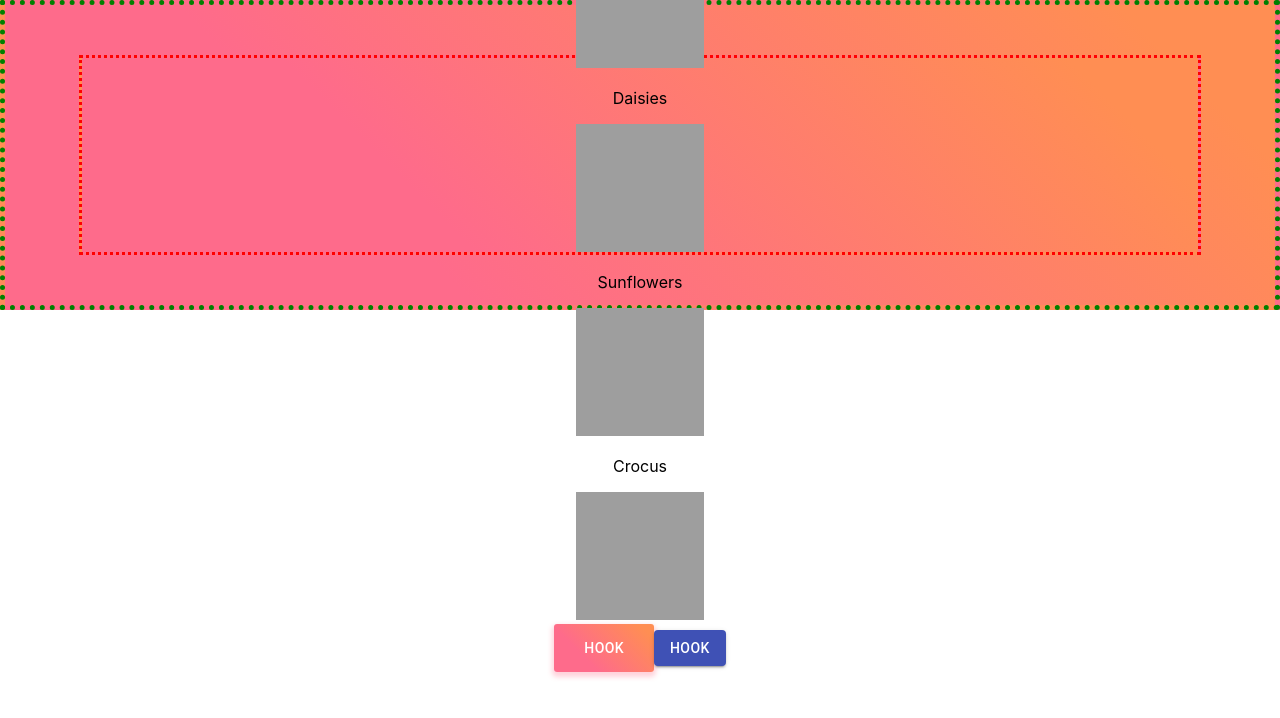
Repository: DevLuDaley/react-flower-shop
Page: /
The author's editor kept a copy of each file at every save. The page is drawn from the files as they stood at one save, then again after the next save.
The browser window is 1280 px wide. The pictures show the whole page.
Pictures or frames that could not be fetched are drawn as grey boxes. The project was rebuilt for these pictures with package versions that can differ from the ones it lists, and the page was loaded fresh each time.

Above is the page before, as saved 2021-02-19 21:45:37.

### src/App.js
// import './App.css';
import Grid from '@material-ui/core/Grid';
import Container from '@material-ui/core/Container';
import { makeStyles } from '@material-ui/core/styles';

// // or
// import { Grid } from '@material-ui/core';
//  import FlowerGallery from './components/FlowerGallery'
 import FlowersContainer from './Containers/FlowersContainer'


const useStyles = makeStyles({
  root: {
    background: 'linear-gradient(45deg, #FE6B8B 30%, #FF8E53 90%)',
    display: 'flex',
    justifyContent: 'center',
    alignItems: 'center',
    textAlign: 'center',
    height: '200px',
    border: '5px dotted green',
    padding: '50px'
  },
});

function App() {
  const classes = useStyles();
  return (
    <Grid className={classes.root}>
      <Container>
      <FlowersContainer/>
        {/* <FlowerGallery/> */}
      </Container>
    </Grid>
  );
}

export default App;

### src/Containers/FlowersContainer.js
import React from 'react';
import Grid from '@material-ui/core/Grid';
import Container from '@material-ui/core/Container';
import { makeStyles } from '@material-ui/core/styles';


import FlowerGallery from '../components/FlowerGallery'


const useStyles = makeStyles({
  root: {
    background: 'linear-gradient(45deg, #FE6B8B 30%, #FF8E53 90%)',
    // border: 0,
    // borderRadius: 3,
    // boxShadow: '0 3px 5px 2px rgba(255, 105, 135, .3)',
    // color: 'white',
    // height: "auto",
    padding: '0 30px',
    display: 'flex',
    justifyContent: 'center',
    alignItems: 'center',
    textAlign: 'center',
    height: '200px',
    border: '3px dotted red'
  },
});


const FlowersContainer = () => {
    const classes = useStyles();
    return (

        <Grid>
            <Container className={classes.root}>
                <FlowerGallery/>
            </Container>
        </Grid>


     );
}

export default FlowersContainer;

### src/components/FlowerGallery.js
import React from 'react';
import { makeStyles } from '@material-ui/core/styles';

// import FlowerGalleryStyles from './FlowerGalleryStyles'
// import Button from materialmaterial
import Button from '@material-ui/core/Button';
import Container from '@material-ui/core/Container';

const useStyles = makeStyles({
  root: {
    background: 'linear-gradient(45deg, #FE6B8B 30%, #FF8E53 90%)',
    border: 0,
    borderRadius: 3,
    boxShadow: '0 3px 5px 2px rgba(255, 105, 135, .3)',
    color: 'white',
    height: 48,
    padding: '0 30px',
  },
});

const FlowerGallery = () => {
      const classes = useStyles();
    // const classes = FlowerGalleryStyles()

const flowerList = [
  {id: 1, name: 'Red Roses', imageUrl: 'https://images.unsplash.com/photo-1548094967-e25a127d1f6d?ixid=MXwxMjA3fDB8MHxwaG90by1wYWdlfHx8fGVufDB8fHw%3D&ixlib=rb-1.2.1&auto=format&fit=crop&w=1137&q=80' , rating: 5},
  {id: 2, name: 'Tulips', imageUrl: 'https://images.unsplash.com/photo-1610444028097-40d9858bb44f?ixid=MXwxMjA3fDB8MHxwaG90by1wYWdlfHx8fGVufDB8fHw%3D&ixlib=rb-1.2.1&auto=format&fit=crop&w=1234&q=80', rating: 4},
  {id: 3, name: 'Daisies', imageUrl: 'https://images.unsplash.com/photo-1607061868914-e38515be98cb?ixid=MXwxMjA3fDB8MHxwaG90by1wYWdlfHx8fGVufDB8fHw%3D&ixlib=rb-1.2.1&auto=format&fit=crop&w=1091&q=80', rating: 4},
  {id: 4, name: 'Sunflowers', imageUrl: 'https://images.unsplash.com/photo-1598459832065-1e43b2283799?ixid=MXwxMjA3fDB8MHxzZWFyY2h8Nnx8c3VuZmxvd2VyJTIwYm9xdWV0fGVufDB8fDB8&ixlib=rb-1.2.1&auto=format&fit=crop&w=1200&q=60', rating: 5},
  {id: 5, name: 'Crocus', imageUrl: 'public/images/red-roses-bhttps://images.unsplash.com/photo-1488979246948-f4b573b1fae8?ixid=MXwxMjA3fDB8MHxzZWFyY2h8NXx8Y3JvY3VzfGVufDB8fDB8&ixlib=rb-1.2.1&auto=format&fit=crop&w=1200&q=60', rating: 5}

]

    return (
        <Container>
        <h1>This is a flower Gallery</h1>
        <section className="flower-cards">
        {flowerList ? flowerList.map(flower =>
          <div>
              <p>{flower.name}</p>
              <img src={flower.imageUrl} alt='photo of red roses' style={{width:"128px", height: "128px"}}></img>
          </div>
        )
        : <p className="no-data-message"> No Flowers Yet</p>
        }


        </section>
        <Button className={classes.root}>Hook</Button>
        <Button variant="contained" color="primary">Hook</Button>
      </Container>
      );
}

export default FlowerGallery;
// FlowerGalleryStyles

Loaded but not shown: public/index.html (common file); src/index.js (common file); src/index.css (common file); src/reportWebVitals.js (common file)

After the next save:
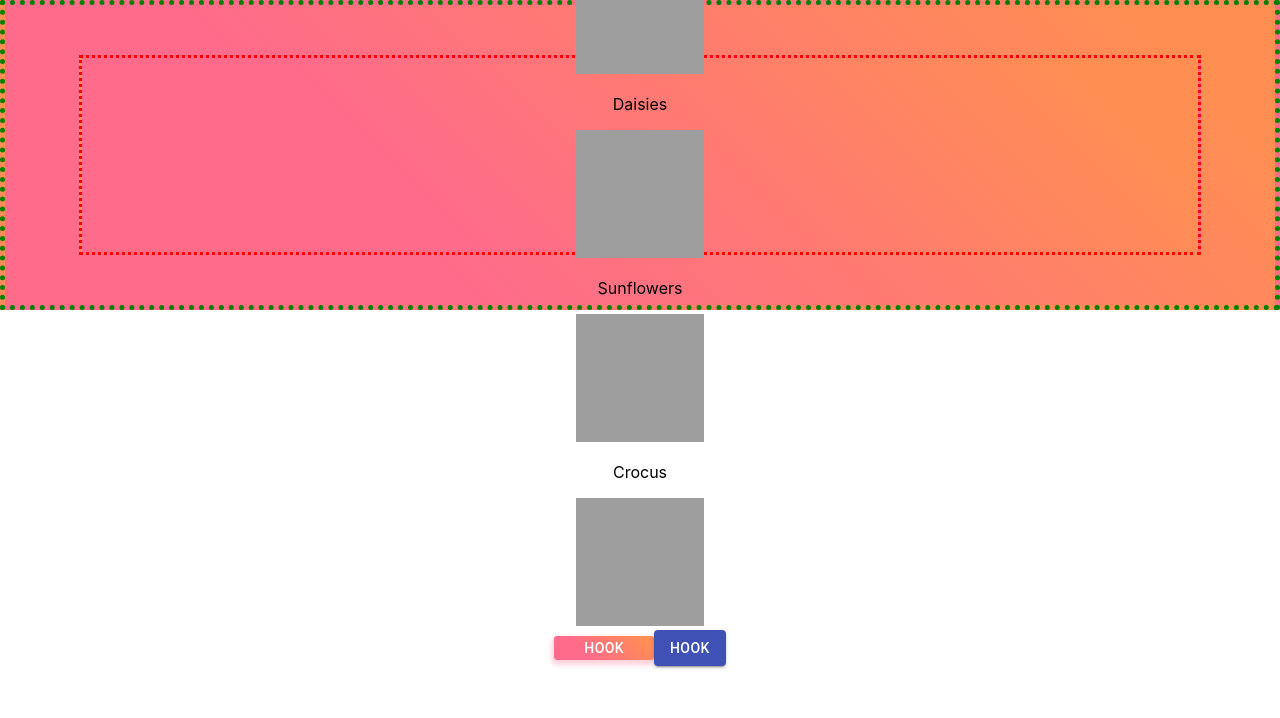
Saved 45 s later.
--- a/src/components/FlowerGallery.js
+++ b/src/components/FlowerGallery.js
@@ -13,7 +13,7 @@ const useStyles = makeStyles({
     borderRadius: 3,
     boxShadow: '0 3px 5px 2px rgba(255, 105, 135, .3)',
     color: 'white',
-    height: 48,
+    // height: 48,
     padding: '0 30px',
   },
 });
